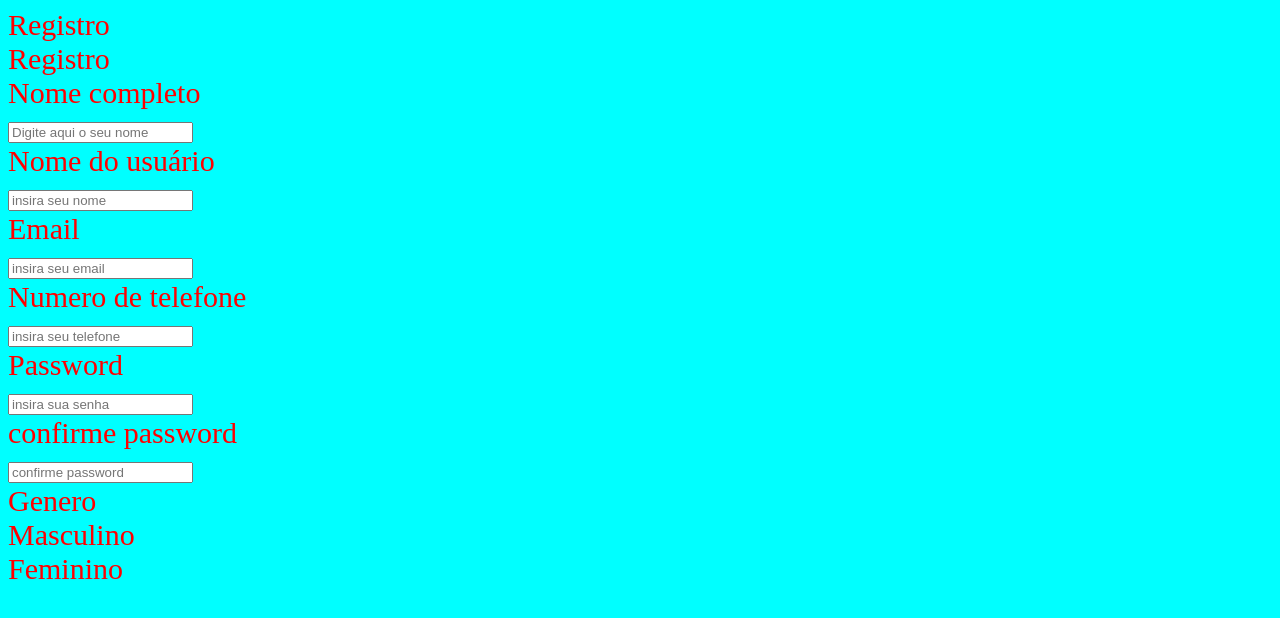
Repository: Vilmar-Freire/ESTUDOS-01-vilmar
Page: workspaces/prof-matheus battisti/matheus.html
The author's editor kept a copy of each file at every save. The page is drawn from the files as they stood at one save, then again after the next save.
The browser window is 1280 px wide. The pictures show the whole page.

Above is the page before, as saved 2026-09-02 15:28:46.

### workspaces/prof-matheus battisti/matheus.html
<!DOCTYPE html>
<html lang="pt-BR">
<head>
    <meta charset="UTF-8">
    <meta name="keywords" content="Programacao, html, css, JavaScript">
    <meta name="Language" content="pt-BR">
    <meta name="Description" content="Formulario">
    <meta name="author" content="Vilmar Freire">
    <meta name="viewport" content="width=device-width, initial-scale=1.0">
    <link rel="stylesheet" href="./matheus.css">
    <title>Formulário</title>
</head>
<body>
  <div class="container">
    <div class="title">Registro</div>
    <form action="#"></form>
    </div>

    <div class="title"


<hr size="6" color="black">


  <div class="container">
    <div class="title">Registro</div>
    <form action="#">

      <div class="user-details">
        <div class="input-box">
          <span class="details">Nome completo</span>
          <input type="text" placeholder="Digite aqui o seu nome" required>
        </div>
      </div>

      <div class="input-box">
        <span class="details">Nome do usuário</span>
        <input type="text" placeholder="insira seu nome" required>
      </div>

      <div class="input-box">
        <span class="details">Email</span>
        <input type="text" placeholder="insira seu email" required>
      </div>
      </div>

      <div class="input-box">
        <span class="details">Numero de telefone</span>
        <input type="text" placeholder="insira seu telefone" required>
      </div>

      <div class="input-box">
        <span class="details">Password</span>
        <input type="text" placeholder="insira sua senha" required>
      </div>

      <div class="input-box">
        <span class=details">confirme password</span>
        <input type="text"placeholder="confirme password" required>
      </div>

      <div class="gender-details">
        <span class="gender-title">Genero</span>
        <div class="category">
          <label for="">
            <span class="masculino"></span>
            <span class="gender">Masculino</span>
          </label>

          <label for="">
            <span class="feminino"></span>
            <span class="gender">Feminino</span>
          </label>
        </div>
      </div>
    </form>
  </div>
</body>
</html>

### workspaces/prof-matheus battisti/matheus.css
body{
    background-color: aqua;
}

span{
    display: block;

}

.title{
    color: red;
    font-size: 30px;
    text-align: left;
}

After the next save:
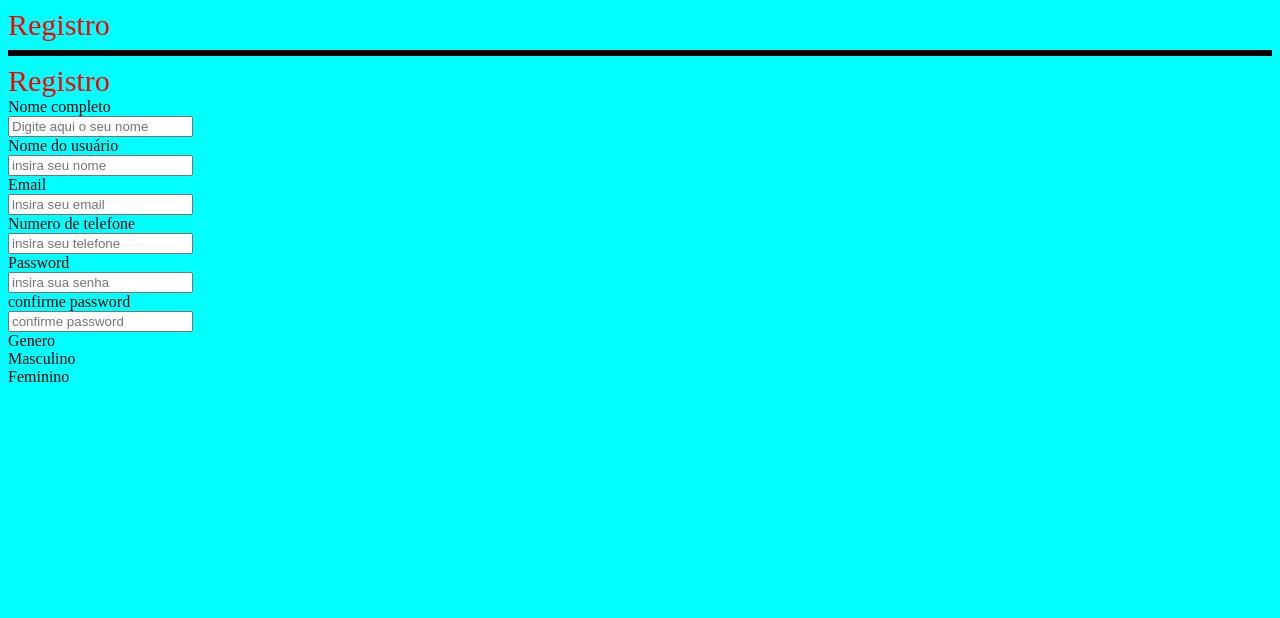
Saved 10 s later.
--- a/workspaces/prof-matheus battisti/matheus.html
+++ b/workspaces/prof-matheus battisti/matheus.html
@@ -16,7 +16,7 @@
     <form action="#"></form>
     </div>
 
-    <div class="title"
+    <div class="title"></div>
 
 
 <hr size="6" color="black">
